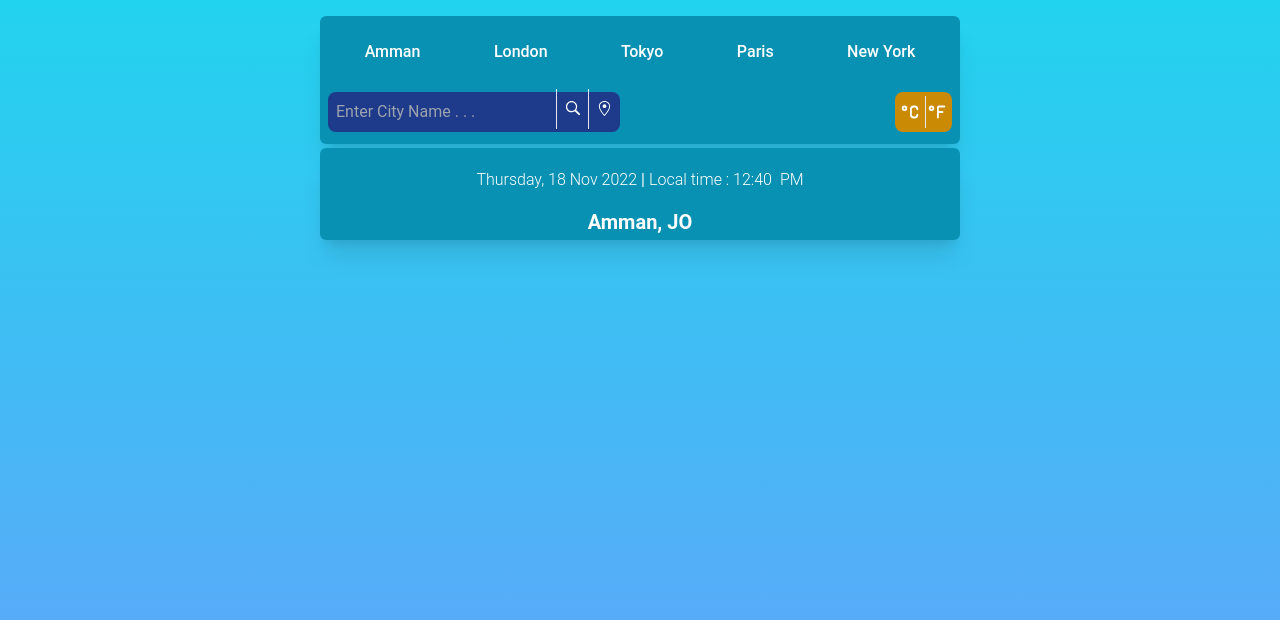
Repository: SaadYasin/next-js-forecast-tailwind
Page: /
The author's editor kept a copy of each file at every save. The page is drawn from the files as they stood at one save, then again after the next save.
The browser window is 1280 px wide. The pictures show the whole page.
The project was rebuilt for these pictures with package versions that can differ from the ones it lists, and the page was loaded fresh each time. The framework's server and built-in components were replaced by stand-ins that run in the browser.

Above is the page before, as saved 2022-11-18 22:48:14.

### pages/index.js
import Head from 'next/head';
import TopButtons from '../components/TopButtons';
import Input from '../components/Input';
import MainCard from '../components/MainCard';

export default function Home() {
  return (
    <div>
      <Head>
        <title>Create Next App</title>
      </Head>
      <div className="bg-gradient-to-b from-cyan-400 to-blue-400 h-screen py-4">
        <div className="text-white w-[22.5rem] md:w-3/4 lg:w-[40rem] bg-cyan-600 h-32 mx-auto px-2 rounded-md shadow-xl">
          <TopButtons />

          <Input />

          <MainCard />
        </div>
      </div>
    </div>
  );
}

### styles/globals.css
@tailwind base;
@tailwind components;
@tailwind utilities;

* {
  padding: 0;
  margin: 0;
  box-sizing: border-box;
}

html,
body {
  /* font-family: -apple-system, BlinkMacSystemFont, Segoe UI, Roboto, Oxygen,
    Ubuntu, Cantarell, Fira Sans, Droid Sans, Helvetica Neue, sans-serif; */

  font-family: "Roboto", sans-serif;
}

### components/TopButtons.js
const TopButtons = () => {

  const cities = [
    {
      id: 1,
      name: "Amman"
    },
    {
      id: 2,
      name: "London"
    },
    {
      id: 3,
      name: "Tokyo"
    },
    {
      id: 4,
      name: "Paris"
    },
    {
      id: 5,
      name: "New York"
    },
  ]

  return (
    <div className="flex items-center justify-around ">
      { cities.map((city) => (
        <button key={city.id} className="text-md font-medium my-6">{ city.name }</button>
      ))}
    </div>

  )
};

export default TopButtons;

### components/Input.js
import { GoSearch, GoLocation } from 'react-icons/go';
import { TbTemperatureCelsius, TbTemperatureFahrenheit } from 'react-icons/tb';

const Input = () => {

  return (
    <div className="flex items-center justify-between mt-1">
      <form className="flex items-center rounded-lg bg-blue-900 h-10">
        <input type="text" placeholder="Enter city name . . ." className="bg-transparent focus:outline-none pl-2 capitalize"/>

        <div>
        <button className="px-2 border-l h-10 transition ease-out hover:bg-yellow-600"><GoSearch size={15}/></button>
        <button className="px-2 border-l h-10 transition ease-out hover:bg-yellow-600"><GoLocation size={15}/></button>
        </div>

        </form>

        <div className="flex font-medium text-md bg-yellow-600 h-10 rounded-lg p-1">
        <button  name="metric" className="border-r pr-1"><TbTemperatureCelsius size={22} /></button>
        <button name="imperial" ><TbTemperatureFahrenheit size={22}/></button>
        </div>
    </div>

  )
}

export default Input;

### components/MainCard.js
import TimeAndDate from './TimeAndDate'
import Location from './Location';

const MainCard = () => {

  return (
    <div className="flex flex-col items-center">
      <div className="text-white w-[22.5rem] md:w-3/4 lg:w-[40rem] bg-cyan-600 h-max-content p-1 mt-4 rounded-md shadow-xl">
        <TimeAndDate />
        <Location />
      </div>
    </div>
  );
};

export default MainCard;

### components/TimeAndDate.js
const TimeAndDate = () => {
  return (
    <div className="flex justify-center gap-1 px-2 pt-4 text-base">
      <h3 className="font-light">Thursday, 18 Nov 2022</h3>
      <p>|</p>
      <h3 className="font-light">
        Local time : 12:40<span className="ml-2">PM</span>
      </h3>
    </div>
  );
};

export default TimeAndDate;

### components/Location.js
const Location = () => {

  return (
    <div>
      <h1 className="text-center mt-4 text-xl font-bold">Amman, JO</h1>
    </div>

  )
};

export default Location;

Loaded but not shown: pages/_app.js (common file); tailwind.config.js (common file)

After the next save:
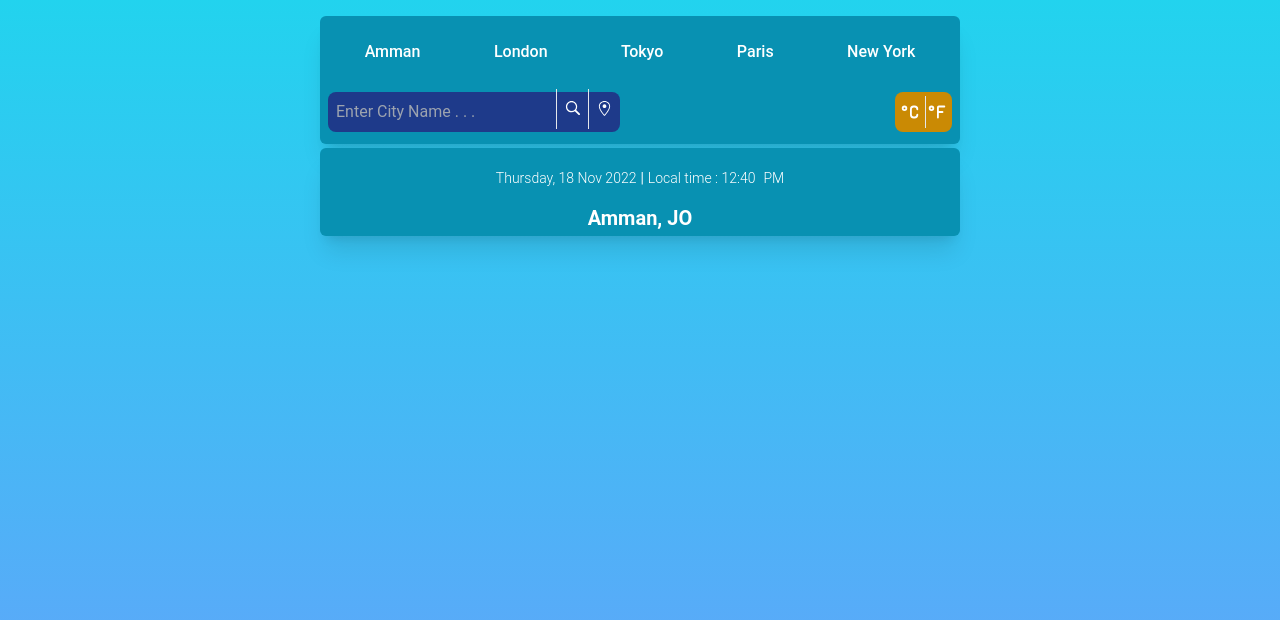
Saved 56 s later.
--- a/components/TimeAndDate.js
+++ b/components/TimeAndDate.js
@@ -1,6 +1,6 @@
 const TimeAndDate = () => {
   return (
-    <div className="flex justify-center gap-1 px-2 pt-4 text-base">
+    <div className="flex justify-center gap-1 px-2 pt-4 text-sm">
       <h3 className="font-light">Thursday, 18 Nov 2022</h3>
       <p>|</p>
       <h3 className="font-light">
